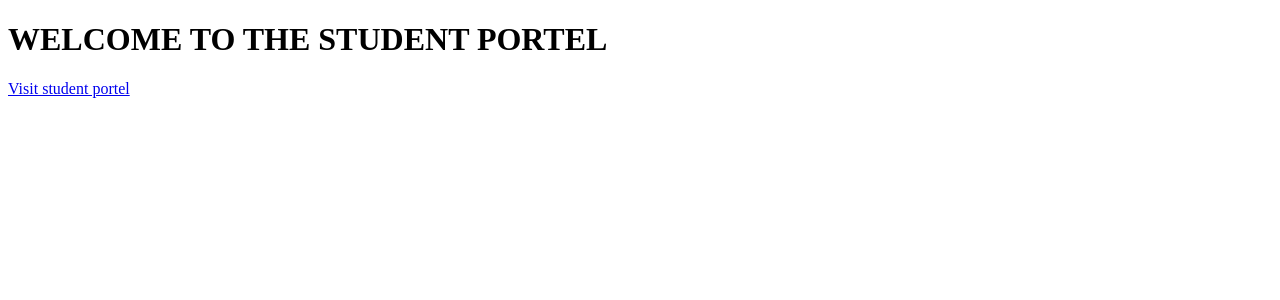
Repository: Yemili/springboot_application
Page: workspace/student/src/main/resources/static/index.html
These files come from the project's save history. The page is drawn as it stood at one moment and after the next save; the edit follows.
The browser window is 1280 px wide. The pictures show the whole page.

Above is the page before, as saved 2024-10-03 06:18:41.

After the next save:
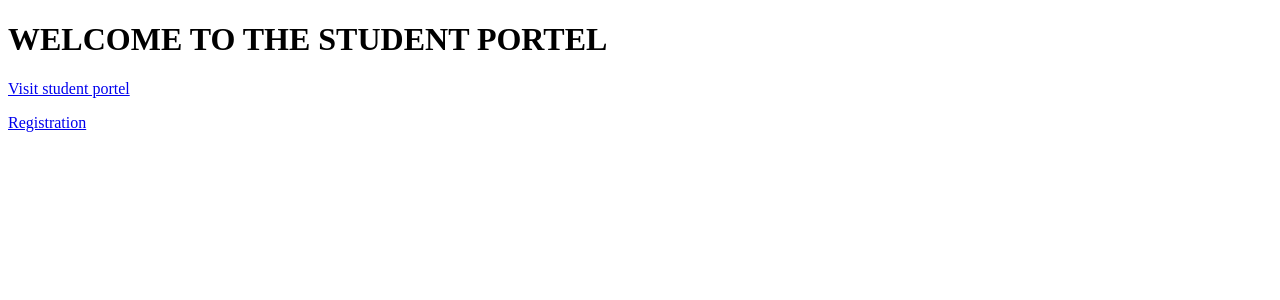
Saved 11 min 35 s later.
--- a/workspace/student/src/main/resources/static/index.html
+++ b/workspace/student/src/main/resources/static/index.html
@@ -7,7 +7,16 @@
 </head>
 <body>
     <h1>WELCOME TO THE STUDENT PORTEL</h1>
-    <p><a href=" ">Visit student portel</a></p>
+    <div class="dropdown">
+   		 <p><a href=" ">Visit student portel</a></p>
+
+  	<div class="dropdown-content">
+   		 <a href="registrationfrom.html">Registration</a>
+    	 <!-- <a href="#">Link 2</a>
+    	 <a href="#">Link 3</a> -->
+  </div>
+</div>
+
 
 </body>
 </html>
